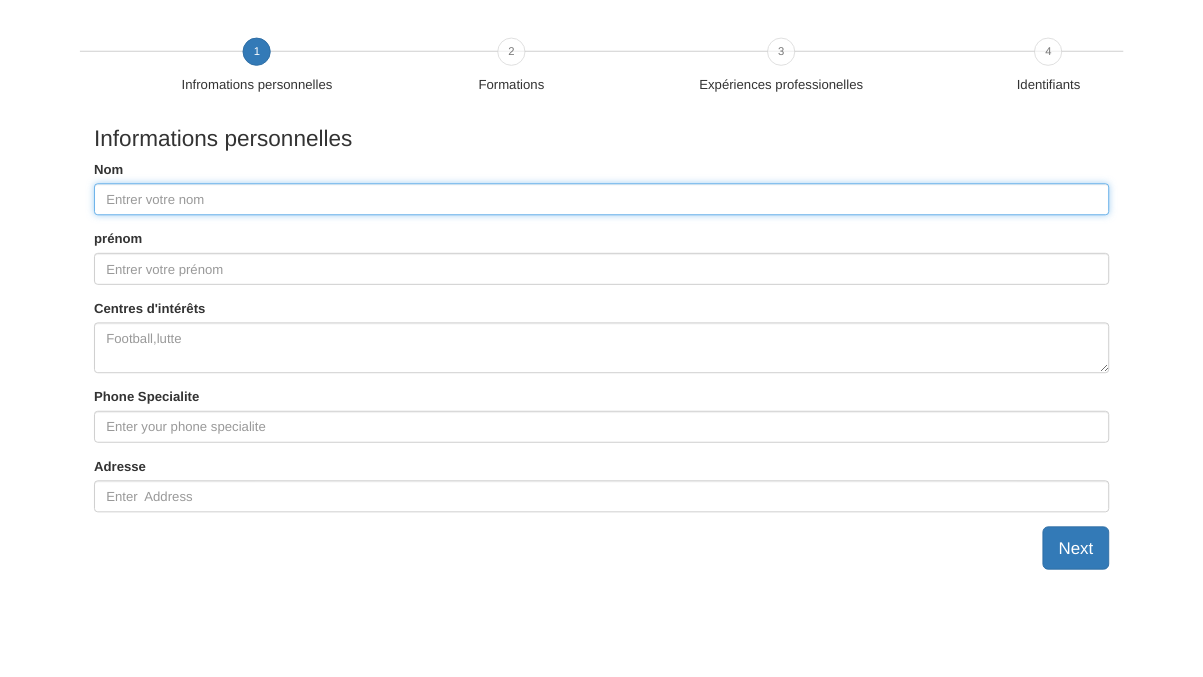
Repository: moAllElite/Examen-EJB-WEB-EAR
Page: http://localhost/SearchJobsWeb/views/inscription/addCV.jsp
These files come from the project's save history. The page is drawn as it stood at one moment and after the next save; the edit follows.
The browser window is 1280 px wide. The pictures show the whole page, at 94% of full size.
Some web libraries are served in a nearby version. The page is served by Tomcat 9. Nobody is signed in. The application's start-up code is not run.

Above is the page before, as saved 2023-03-28 15:36:57.

After the next save:
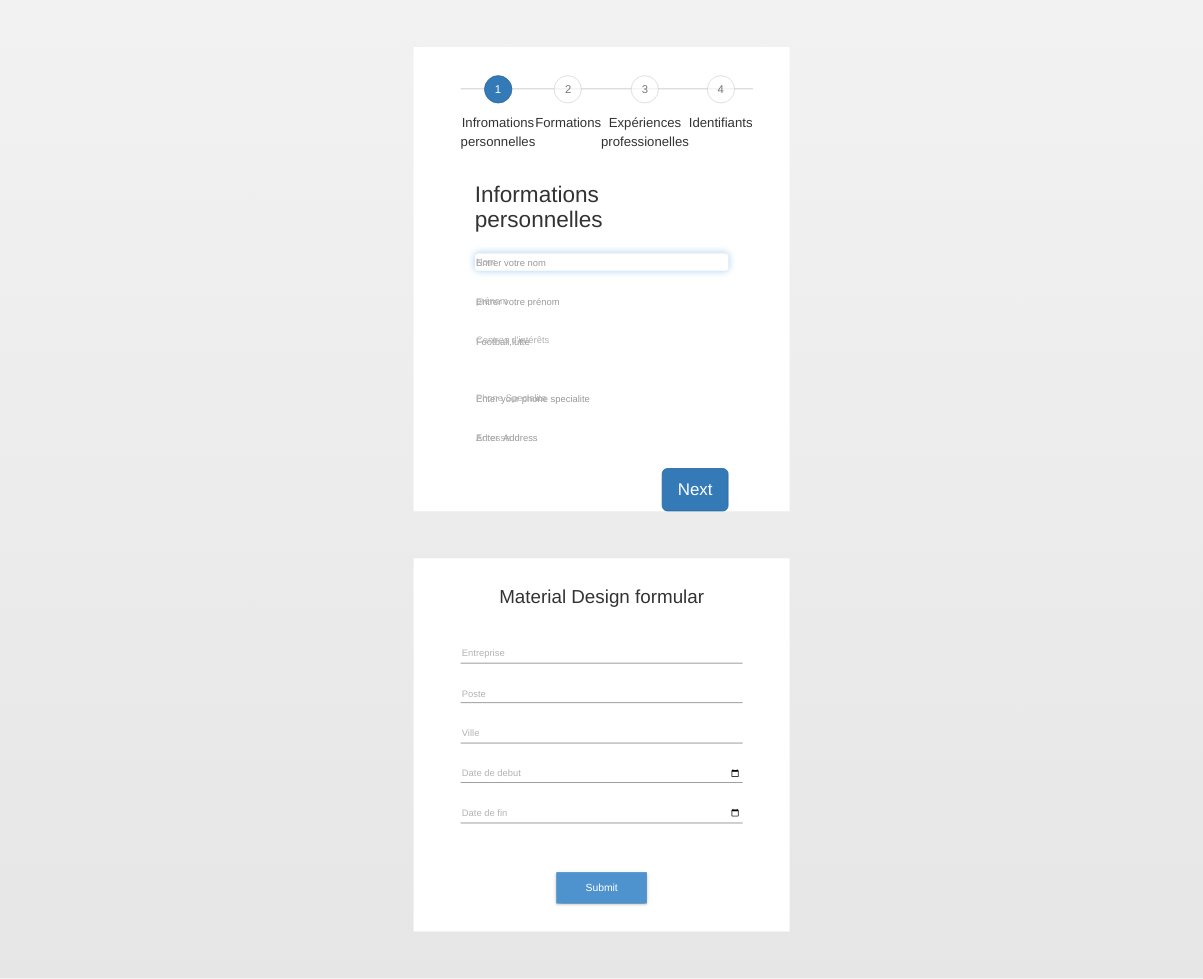
Saved 48 s later.
--- a/SearchJobsWeb/src/main/webapp/views/inscription/addCV.jsp
+++ b/SearchJobsWeb/src/main/webapp/views/inscription/addCV.jsp
@@ -172,12 +172,15 @@
 			       </header>
 		    </form>
 		    </div>
-		    <div class="popup" id="popup1">
-
-				 <p>This is a popup!</p>
-				  <p>Overlay uses <b>:before</b> and <b>:after</b> pseudo-classes.</p>
-					<p>(This one does block elements on the background)</p>
-				  <a href="#" onclick="hide('popup2')">Ok!</a>
+		 		<!-- Modal popup -->
+
+				<div id="target-content">
+					  <a href="#" class="close"></a>
+
+
+							  	<jsp:include page="popup.jsp"></jsp:include>
+
+
 
 
 			</div>
